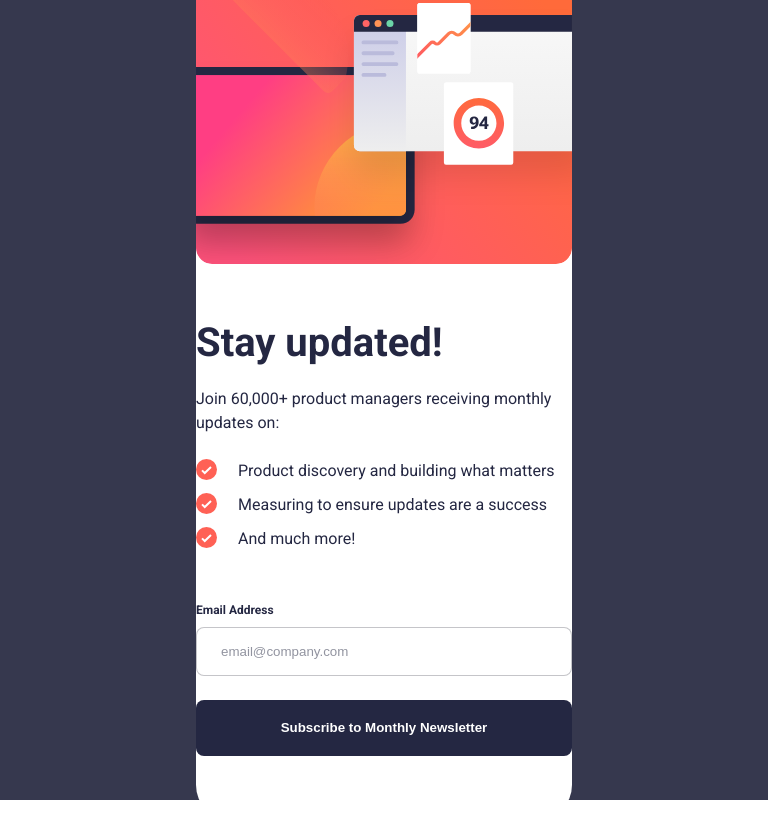
Repository: brandontaylor1/newsletter-signup
Page: index.html
The author's editor kept a copy of each file at every save. The page is drawn from the files as they stood at one save, then again after the next save.
The browser window is 768 px wide. The pictures show the whole page.

Above is the page before, as saved 2025-01-20 08:59:59.

### index.html
<!DOCTYPE html>
<html lang="en">
<head>
    <meta charset="UTF-8">
    <meta name="viewport" content="width=device-width, initial-scale=1.0">
    <link rel="preconnect" href="https://fonts.googleapis.com">
    <link rel="preconnect" href="https://fonts.gstatic.com" crossorigin>
    <link href="https://fonts.googleapis.com/css2?family=Roboto:ital,wght@0,100..900;1,100..900&display=swap" rel="stylesheet">
    <link rel="stylesheet" href="styles.css">
    <title>Newsletter Sign Up</title>
</head>
<body>
    <main class="container">
        <div class="card">
            <div class="card-content">
                <div class="card-content-text">
                    <h1>Stay updated!</h1>
                    <p>Join 60,000+ product managers receiving monthly updates on: </p>
                    <ul class="card-content-list">
                        <div class="list-item">
                            <img src="./assets/images/icon-list.svg" alt="list-image1">
                            <li>Product discovery and building what matters</li>
                        </div>
                        <div class="list-item">
                            <img src="./assets/images/icon-list.svg" alt="list-image2">
                            <li>Measuring to ensure updates are a success</li>
                        </div>
                        <div class="list-item">
                            <img src="./assets/images/icon-list.svg" alt="list-image3">
                            <li>And much more!</li>
                        </div>
                    </ul>
                    <form id="form">
                        <div>
                            <div class="label-content">
                                <label for="email" id="email-label">Email Address</label><br>
                                <span id="email-error" class="error-message"></span>
                            </div>
                            <input type="text" id="email" name="email" placeholder="email@company.com">
                        </div>
                        <button class="submit-btn">Subscribe to Monthly Newsletter</button>
                    </form>
                </div>
            </div>
            <div class="card-image">
                <img src="./assets/images/illustration-sign-up-desktop.svg" class="responsive-image" alt="desktop image">
            </div>
        </div>
    </main>


    <script type="text/javascript" src="https://unpkg.com/validator.tool/dist/validator.min.js"></script>
    <script src="index.js"></script>
</body>
</html>

### styles.css
* {
    margin: 0;
    padding: 0;
    box-sizing: border-box;
}

:root {
    /* COLORS */

    --primary-color-tomato: hsl(4, 100%, 67%);
    --neutral-color-white: hsl(0, 0%, 100%);
    --neutral-color-darkGray: hsl(234, 29%, 20%);
    --neutral-color-charcoalGray: hsl(235, 18%, 26%);
    --neutral-color-gray: hsl(231, 7%, 60%);

    /* FONTS */
    --fontWeight-regular: 400;
    --fontWeight-heavy: 700;
}

body {
    font-family: "Roboto", sans-serif;
    font-size: 16px;
    line-height: 1.5;
}

.container {
    width: 100%;
    height: 100vh;
    background-color: var(--neutral-color-charcoalGray);
    display: flex;
    justify-content: center;
    align-items: center;
}

.card {
    height: 641px;
    width: 928px;
    background-color: var(--neutral-color-white);
    border-radius: 36px;
    display: grid;
    grid-template-columns: 1fr auto;
    grid-template-rows: 1fr;
    padding: 24px;
}

.card-content {
    display: flex;
    flex-direction: column;
    justify-content: center;
    align-items: center;
    padding: 40px;
    order: 1;

}

.card-image {
    order: 2;
}

.card-content-text {
    height: 446px;
    width: 376px;
    display: flex;
    flex-direction: column;
    align-items: left;
}

.card-content h1 {
    color: var(--neutral-color-darkGray);
    font-feature-settings: 'liga' off, 'clig' off;

    /* Heading */
    font-family: Roboto;
    font-size: 56px;
    font-style: normal;
    font-weight: 700;
    line-height: 100%; /* 56px */
}

.card-content p {
    padding: 24px 0;
    color: var(--neutral-color-darkGray);
    font-size: 16px;
    font-weight: 400;
    line-height: 150%; /* 24px */
    font-family: "Roboto", sans-serif;
}

.card-content-list {
    list-style-type: none;
}

.card-content-list li {
    margin-left: 21px;
    padding-bottom: 10px;
    color: var(--neutral-color-darkGray);
    font-family: Roboto;
    font-size: 16px;
    font-style: normal;
    font-weight: 400;
    line-height: 150%; /* 24px */
}

.list-item {
    width: 100%;
    height: 24px;
    display: flex;
    margin-bottom: 10px;
}

.list-item img {
    height: 21px;
    width: 21px;
}

#form {
    margin-top: 40px;
}

label {
    color: var(--Dark-Navy, #242742);
    font-family: Roboto;
    font-size: 12px;
    font-style: normal;
    font-weight: 700;
    line-height: 150%; /* 18px */
    margin-bottom: 8px;
}


.label-content {
    display: flex;
    justify-content: space-between;
    align-items: center;
}

#email-error {
    color: var(--primary-color-tomato);
    font-family: Roboto;
    font-size: 12px;
    font-style: normal;
    font-weight: 700;
    line-height: 150%; /* 18px */
}


#email {
    width: 100%;
    border-radius: 8px;
    border: 1px solid var(--grey-25, rgba(25, 24, 43, 0.25));
    padding: 16px 24px;
}

#email::placeholder {
    color: var(--neutral-color-gray);
}

.submit-btn {
    margin-top: 24px;
    width: 100%;
    height: 56px;
    padding: 16px 71px;
    border-radius: 8px;
    font-weight: 700;
    border: none;
    background: var(--neutral-color-darkGray);
    color: var(--neutral-color-white);
    cursor: pointer;
}

.submit-btn:hover {
    border-radius: 8px;
    background: var(--Gradient-1, linear-gradient(204deg, #FF6A3A 0%, #FF527B 100%));
    box-shadow: 0px 16px 32px 0px rgba(255, 97, 85, 0.50);
    cursor: pointer;
    transition: all 0.3s ease;
}

.card-image img {
    object-fit: contain;
    width: 400px;
}

.responsive-image {
    content: url("./assets/images/illustration-sign-up-desktop.svg")
}

/* Responsive */

@media screen and (max-width: 800px) {
    .card {
        grid-template-columns: 1fr;
        grid-template-rows: auto 1fr;
    }

    .responsive-image {
        content: url("./assets/images/illustration-sign-up-mobile.svg");
        width: 100%;
    }

    .card {
        padding: 0;
        width: 376px;
        height: 842px;
    }

    .card-content {
        order: 2;
        padding: 0px;
    }

    .card-content-text {
    }


    .card-content-text h1 {
        color: var(--Dark-Navy, #242742);
        font-family: Roboto;
        font-size: 40px;
        font-style: normal;
        font-weight: 700;
        line-height: 100%; /* 40px */
    }

    .card-image {
        order: 1;
    }

    .card-image img {
        object-fit: cover;
        width: 100%;

    }

}

### index.js
const form = document.querySelector('form');

const validateEmail = (email) => {
    const re = /^[^\s@]+@[^\s@]+\.[^\s@]+$/;
    return re.test(String(email).toLowerCase());
};

form.onsubmit = (e) => {
    e.preventDefault();
    const email = document.getElementById('email').value;
    const emailErrorElement = document.getElementById('email-error');
    let isValid = true;

    if (!validateEmail(email)) {
        emailErrorElement.textContent = 'Valid Email Required!';
        isValid = false;
    } else {
        emailErrorElement.textContent = '';
    }

    if (isValid) {
        // No errors, proceed with form submission
        const values = { email };
        console.log(values);
        form.reset();
        window.location.href = 'success.html';
    }
};

form.onreset = (evn) => {
    // Clear error messages
    document.querySelectorAll('.error-message').forEach(el => el.textContent = '');
};

After the next save:
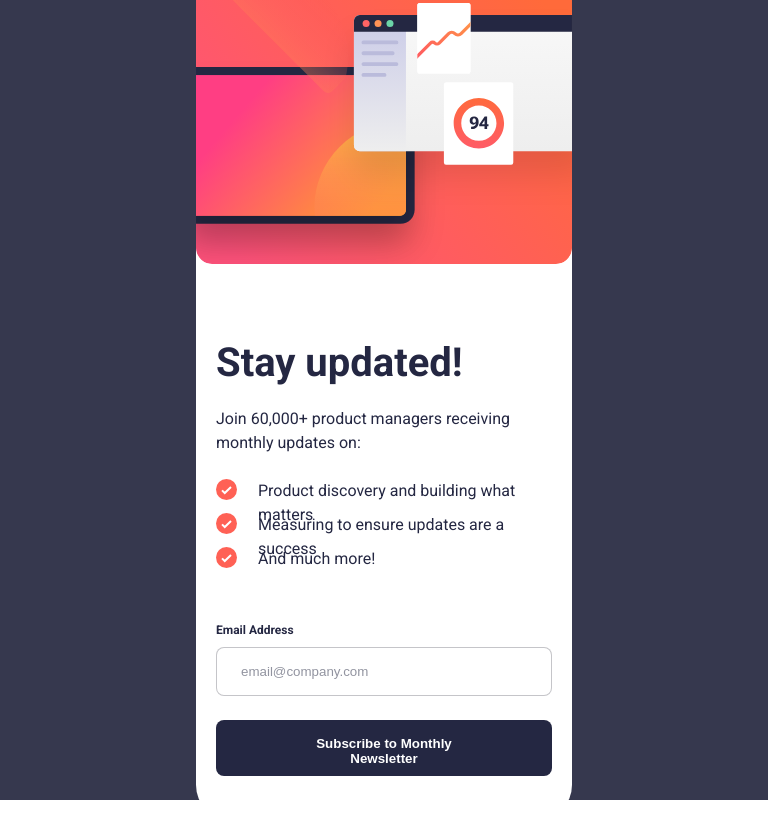
Saved 21 s later.
--- a/styles.css
+++ b/styles.css
@@ -211,6 +211,9 @@ label {
     }
 
     .card-content-text {
+        padding: 20px;
+        height: 446px;
+        width: 376px;
     }
 
 
